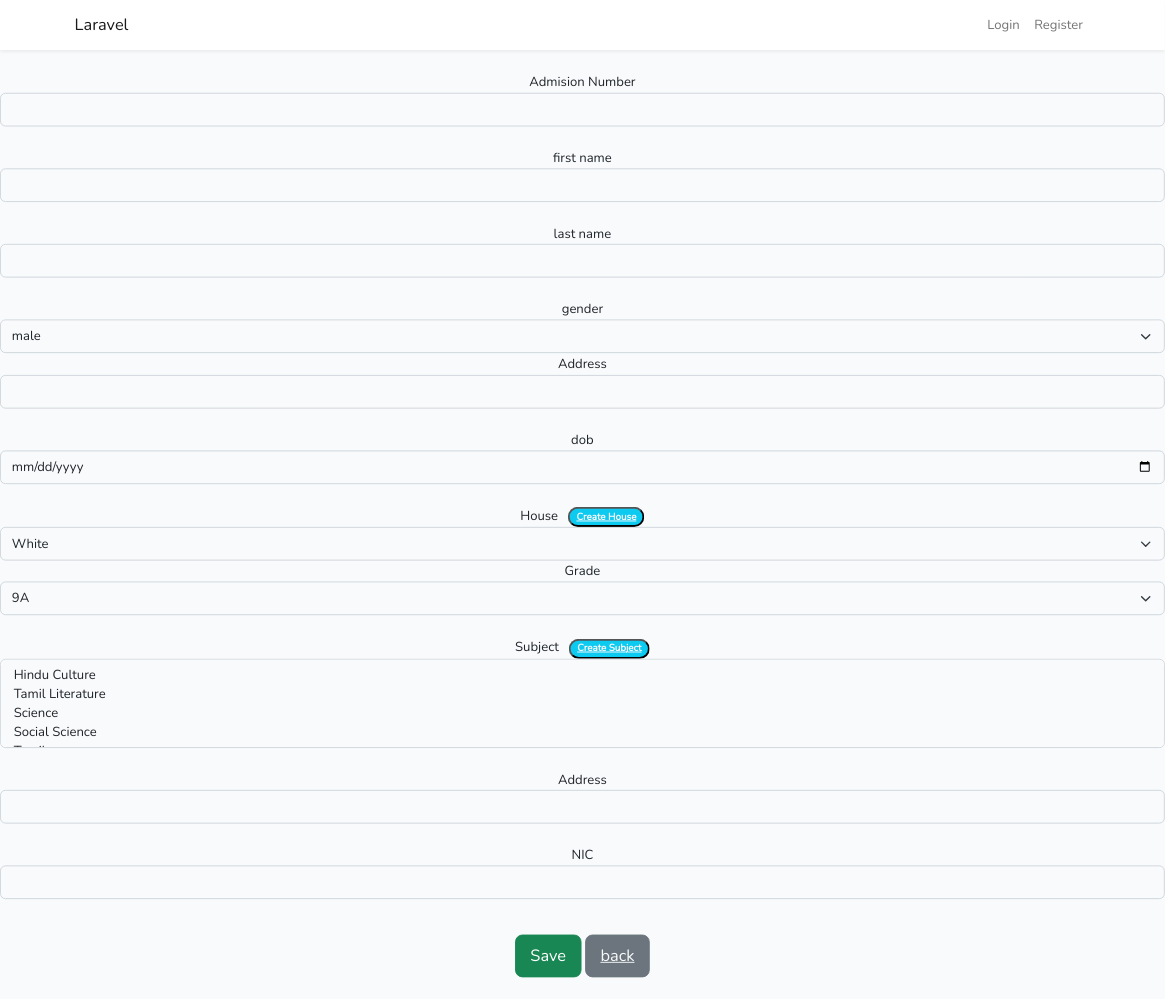
Repository: rkrukshan/Simple_CRUD_Student_Management_System_with_Laravel
Page: http://localhost/student/create
An editor plug-in stored every save of this project. The page is shown before and after the next save, followed by the edit.
The browser window is 1280 px wide. The pictures show the whole page, at 91% of full size.
The page is served by the project's Laravel application, run on PHP 8.4 with Laravel 10. Style sheets and scripts are compiled from the project's sources, by tool versions that may differ from the author's. The database holds what the project's SQL file puts in it.

Above is the page before, as saved 2023-09-30 01:27:09.

After the next save:
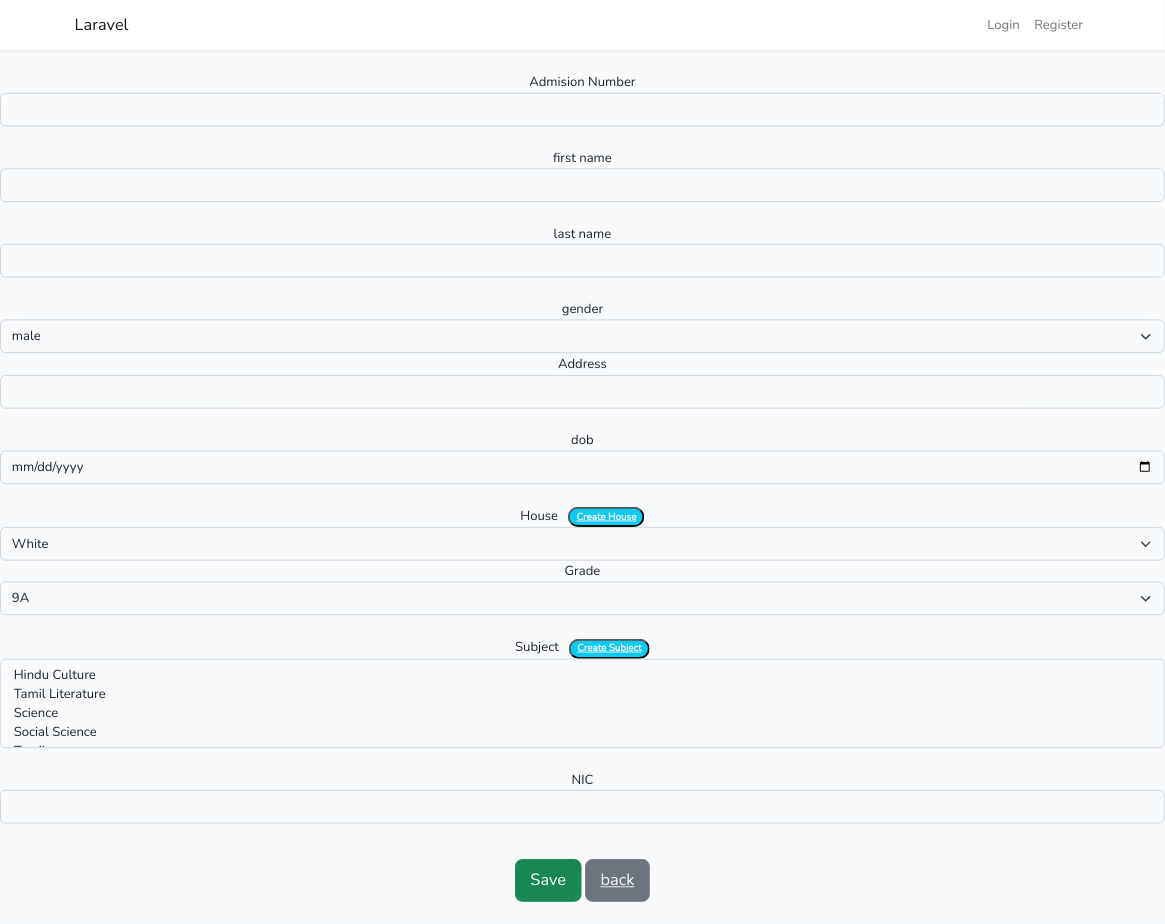
Saved 4 s later.
--- a/resources/views/student/create.blade.php
+++ b/resources/views/student/create.blade.php
@@ -94,10 +94,7 @@
                 @endforeach
             </select><br>
 
-            <label for="address">Address</label><input type="text" name="address" id="" class="form-control"><br>
-            @if($errors->has('address'))
-               <div class="alert alert-danger">{{ $errors->first('address') }}</div>
-               @endif
+
 
             <label for="nic">NIC</label><input type="text" name="nic" id="" class="form-control"><br>
             @if($errors->has('nic'))
